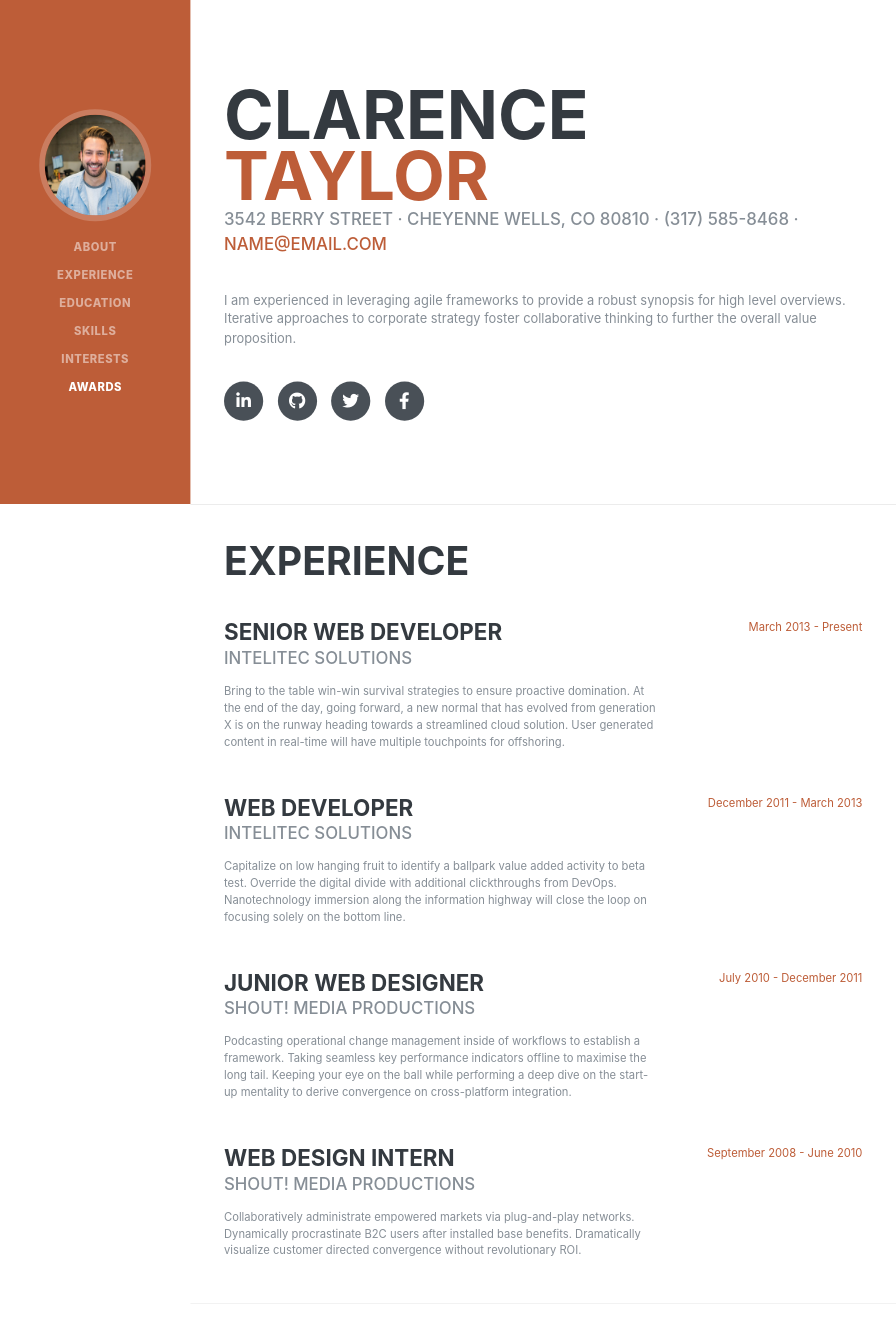
Repository: AlonGur/resume
Page: index.html
An editor plug-in stored every save of this project. The page is shown before and after the next save, followed by the edit.
The browser window is 1280 px wide. The pictures show the part of the page from y = 0 to 1920 px (the page is 4746 px tall), at 70% of full size.
Some web fonts or font styles are not loaded; a fallback is used.

Above is the page before, as saved 2019-06-07 15:21:03.

After the next save:
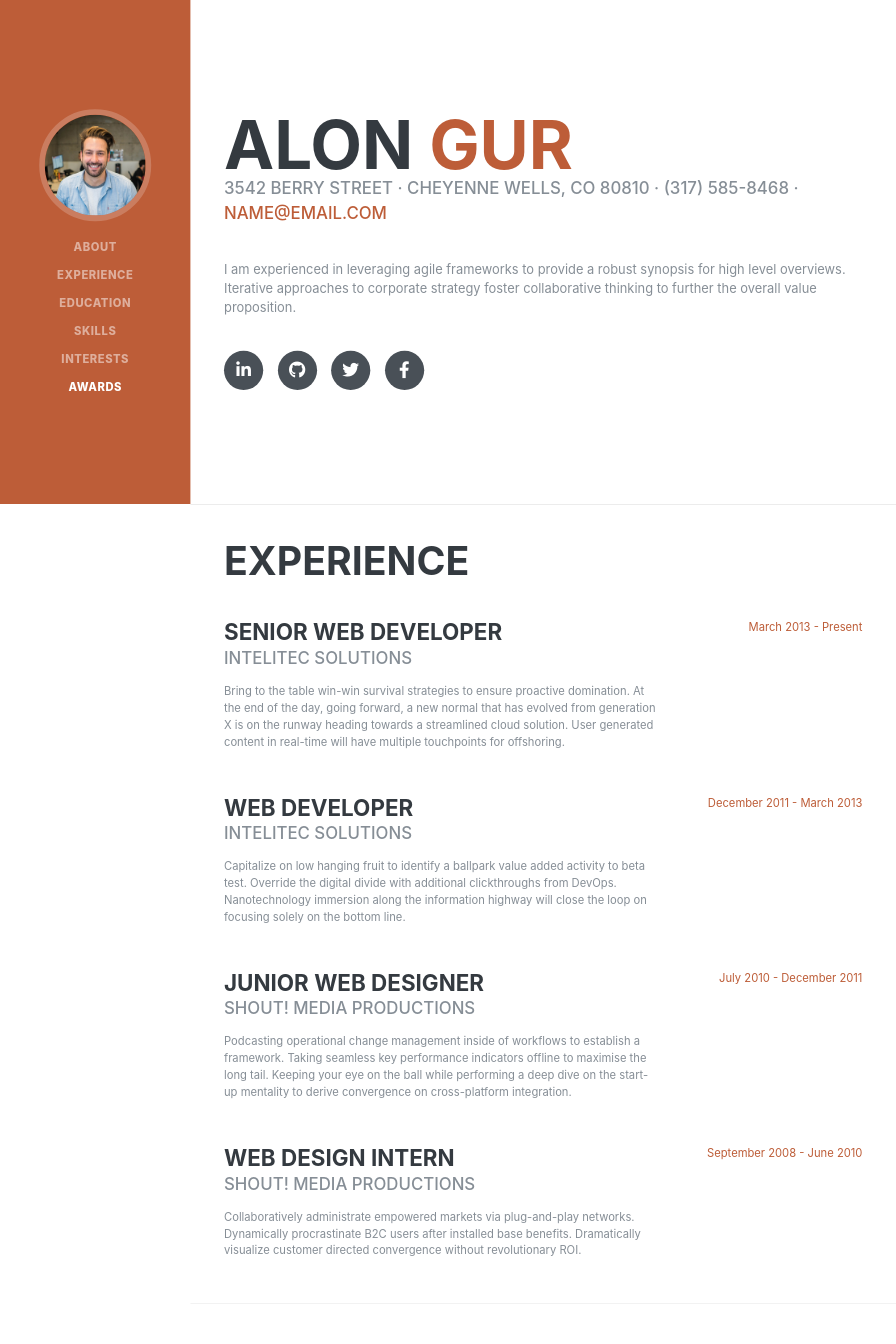
Saved 2 min 30 s later.
--- a/index.html
+++ b/index.html
@@ -63,8 +63,8 @@
 
     <section class="resume-section p-3 p-lg-5 d-flex align-items-center" id="about">
       <div class="w-100">
-        <h1 class="mb-0">Clarence
-          <span class="text-primary">Taylor</span>
+        <h1 class="mb-0">Alon
+          <span class="text-primary">Gur</span>
         </h1>
         <div class="subheading mb-5">3542 Berry Street · Cheyenne Wells, CO 80810 · (317) 585-8468 ·
           <a href="mailto:name@email.com">name@email.com</a>
